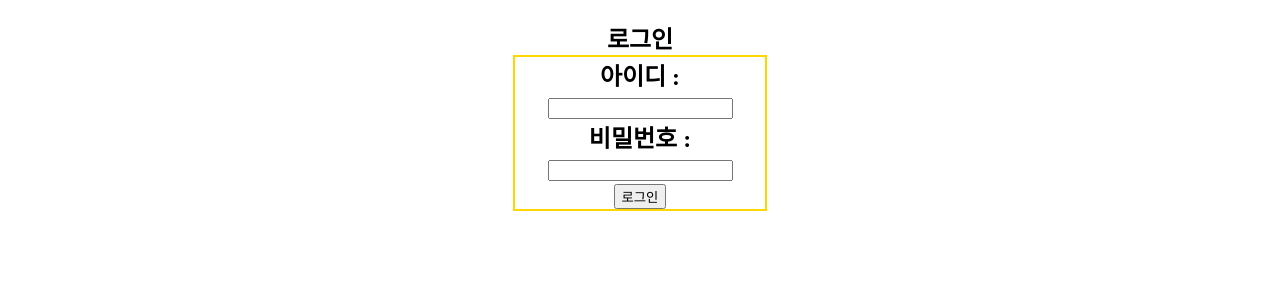
Repository: JaySurplusYoon/JSP_Servlet
Page: jsp01/WebContent/Human_info.html
An editor plug-in stored every save of this project. The page is shown before and after the next save, followed by the edit.
The browser window is 1280 px wide. The pictures show the whole page.

Above is the page before, as saved 2017-08-10 14:49:25.

After the next save:
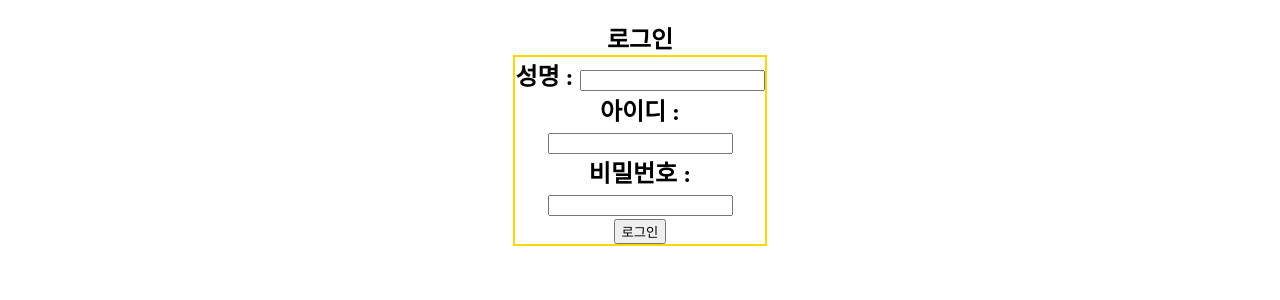
Saved 3 min 40 s later.
--- a/jsp01/WebContent/Human_info.html
+++ b/jsp01/WebContent/Human_info.html
@@ -20,6 +20,8 @@
 	<section id  = "loginFormArea">
 
 		<form action="HI" method="get">
+		<label id = "name">성명 :</label>
+			<input type ="text" id="name" id="name"><br>
 		<label id = "id">아이디 :</label>
 			<input type= "text" name= "id" id="id"> <br>
 		<label pw = "password">비밀번호 :</label>
